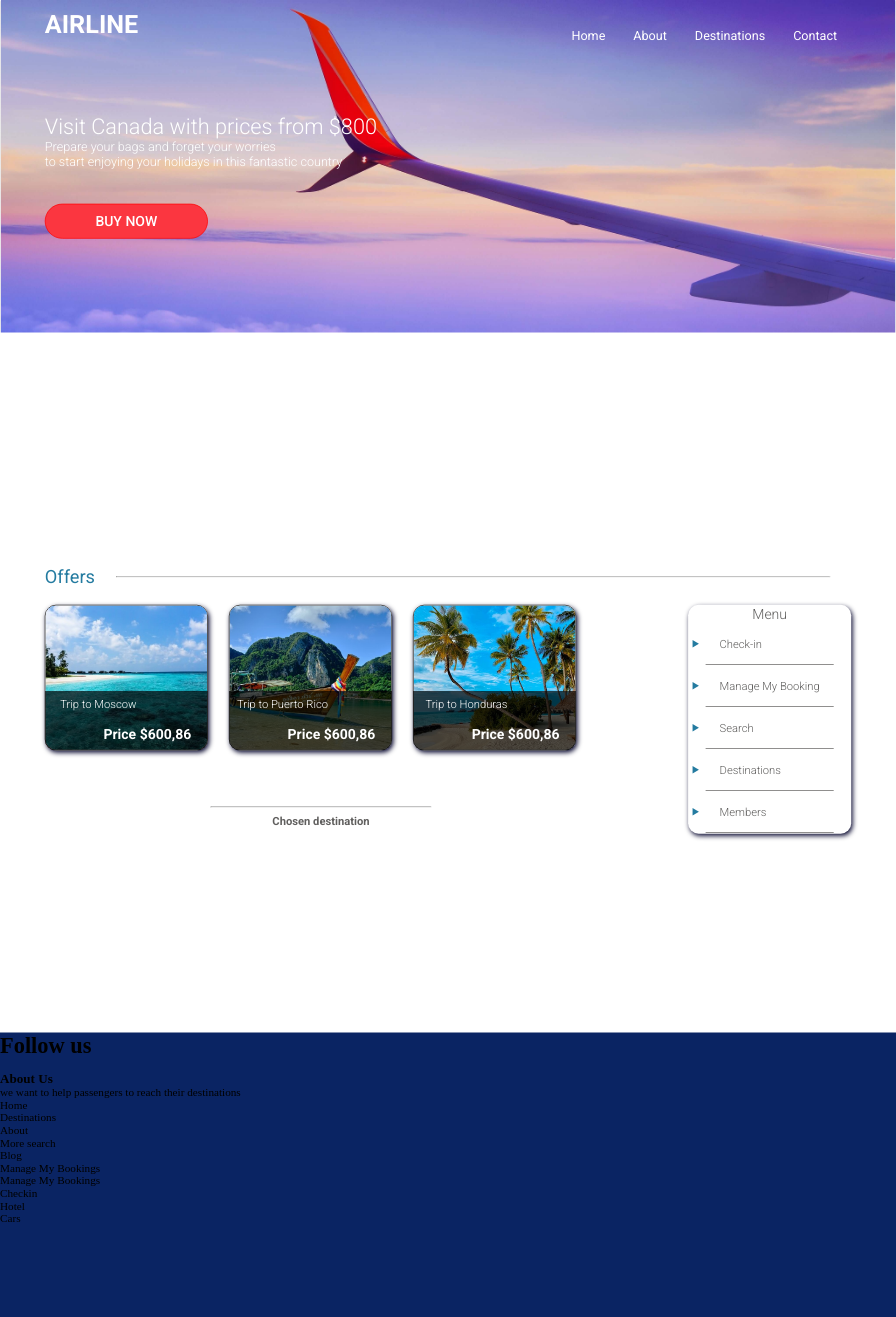
Repository: Cherced/AIRLINES
Page: /
These files come from the project's save history. The page is drawn as it stood at one moment and after the next save; the edit follows.
The browser window is 1280 px wide. The pictures show the whole page, at 70% of full size.
The project was rebuilt for these pictures with package versions that can differ from the ones it lists, and the page was loaded fresh each time. The framework's server and built-in components were replaced by stand-ins that run in the browser.

Above is the page before, as saved 2022-06-30 15:51:25.

After the next save:
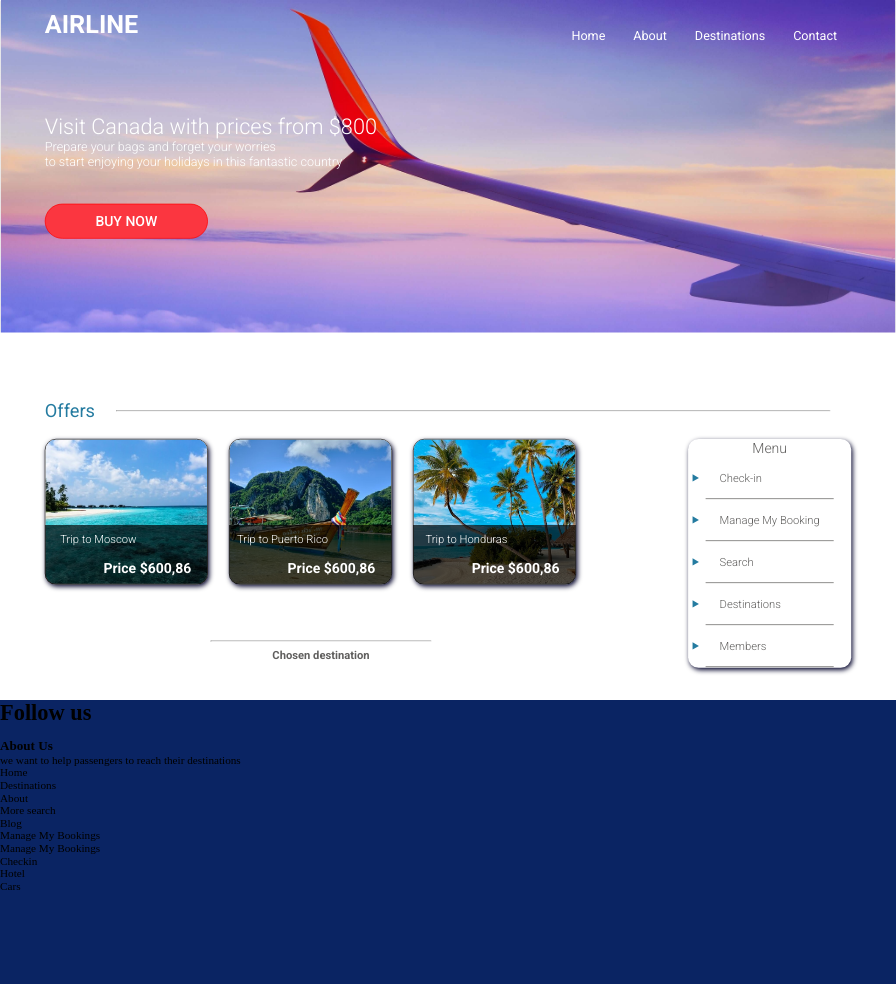
Saved 21 s later.
--- a/sass/Elements/_offerts.scss
+++ b/sass/Elements/_offerts.scss
@@ -1,6 +1,6 @@
 .offers-Section--Container {
     width: 100vw;
-    height: 1000px;
+    height: 525px;
     display: flex;
     flex-direction: column;
     align-items: center;
